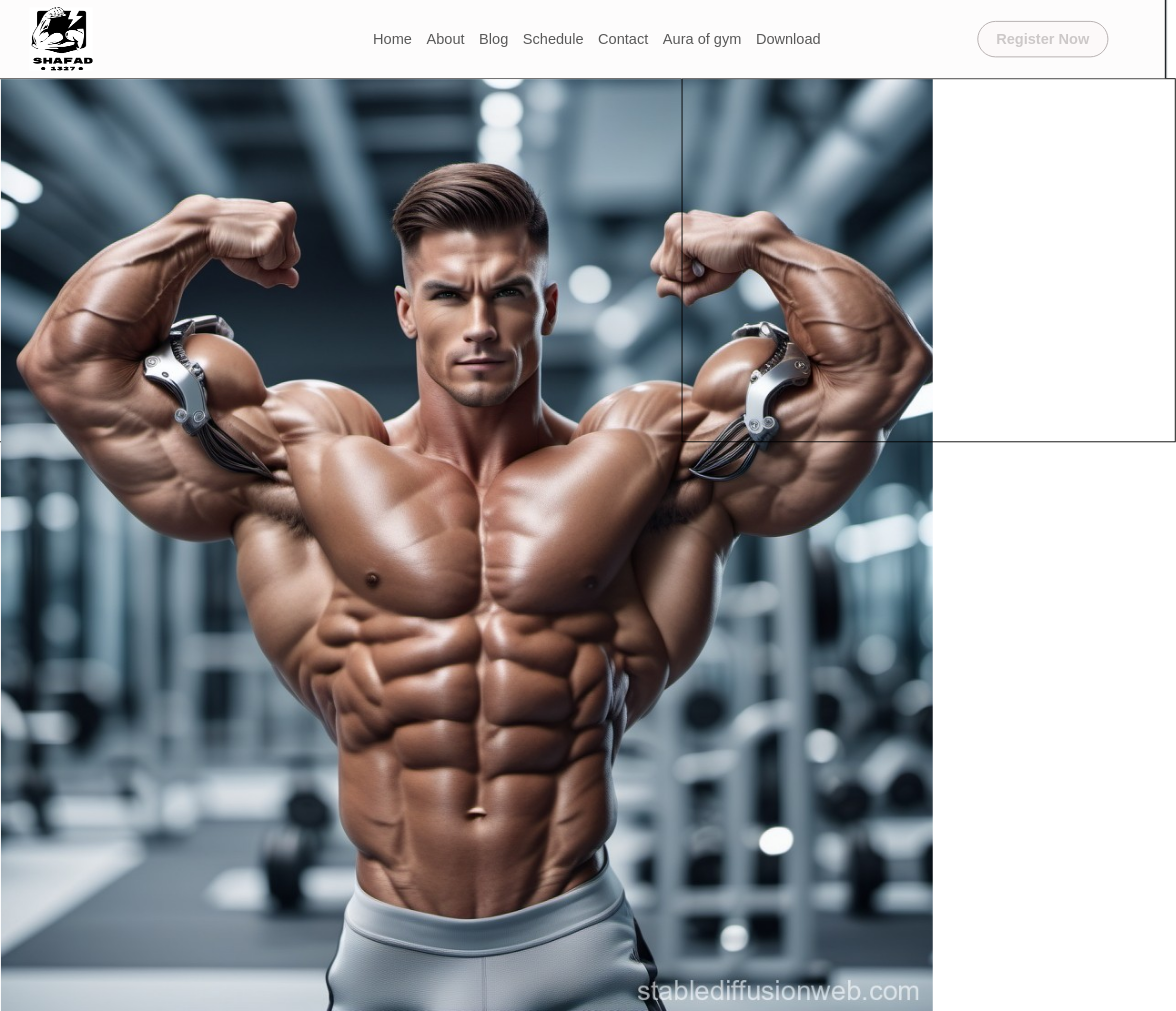
Repository: Daud-shafad/gymwebsite
Page: bootstrap-5.3.3-dist/bootstrap-5.3.3-dist/gym.html
These files come from the project's save history. The page is drawn as it stood at one moment and after the next save; the edit follows.
The browser window is 1280 px wide. The page is 1292 px wide, so the pictures cover 1292 px, including what lies to the right of the window. The pictures show the whole page, at 91% of full size.

Above is the page before, as saved 2024-12-28 13:17:42.

After the next save:
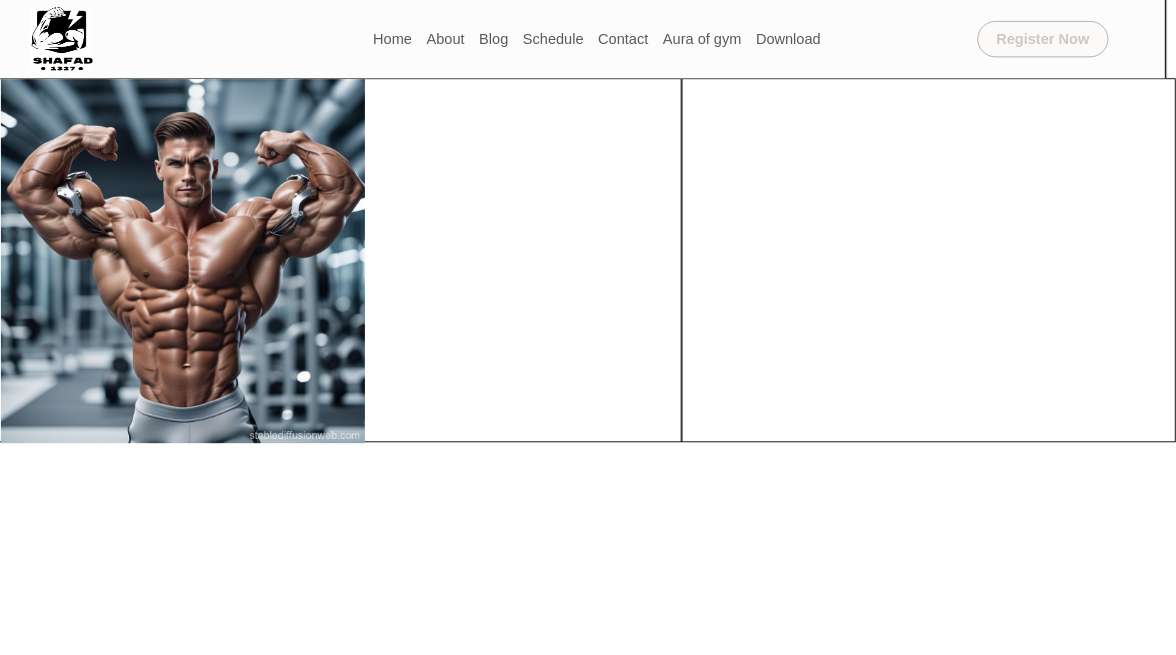
Saved 36 s later.
--- a/bootstrap-5.3.3-dist/bootstrap-5.3.3-dist/gym.html
+++ b/bootstrap-5.3.3-dist/bootstrap-5.3.3-dist/gym.html
@@ -54,7 +54,7 @@
 
       <div class="row">
         <div class="col-7">
-          <img src="Photoman1.jpg" alt="">
+          <img src="Photoman1.jpg" style="height: 400px;" alt="">
         </div>
         <div class="col-5">
 
